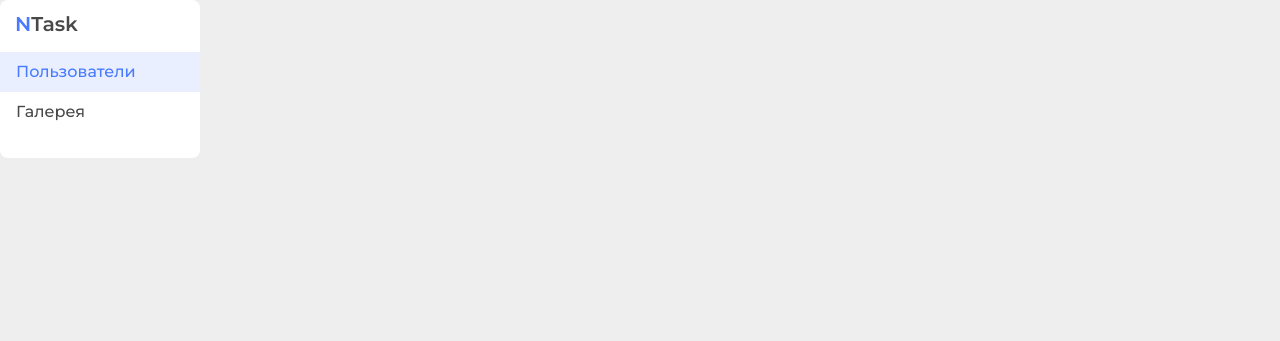
Repository: Grid-Master/NTask
Page: /
These files come from the project's save history. The page is drawn as it stood at one moment and after the next save; the edit follows.
The browser window is 1280 px wide. The pictures show the whole page.
The project was rebuilt for these pictures with package versions that can differ from the ones it lists, and the page was loaded fresh each time. Also part of the build but not shown: src/components/userList/userList.sass.

Above is the page before, as saved 2023-06-04 19:10:47.

After the next save:
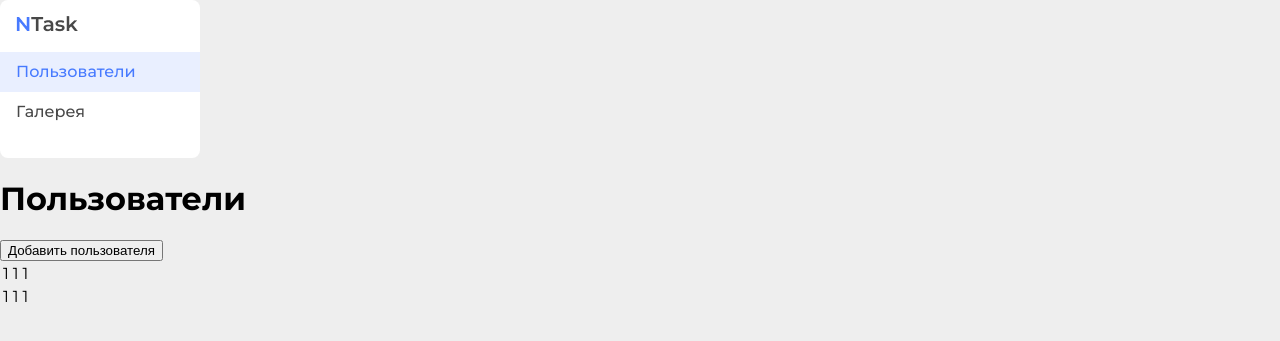
Saved 9 s later.
--- a/src/App.tsx
+++ b/src/App.tsx
@@ -1,10 +1,12 @@
 import './App.css';
 import Navbar from './components/navabar/Navbar';
+import UserList from './components/userList/UserList';
 
 function App() {
   return (
     <div className="App">
       <Navbar />
+      <UserList />
     </div>
   );
 }
